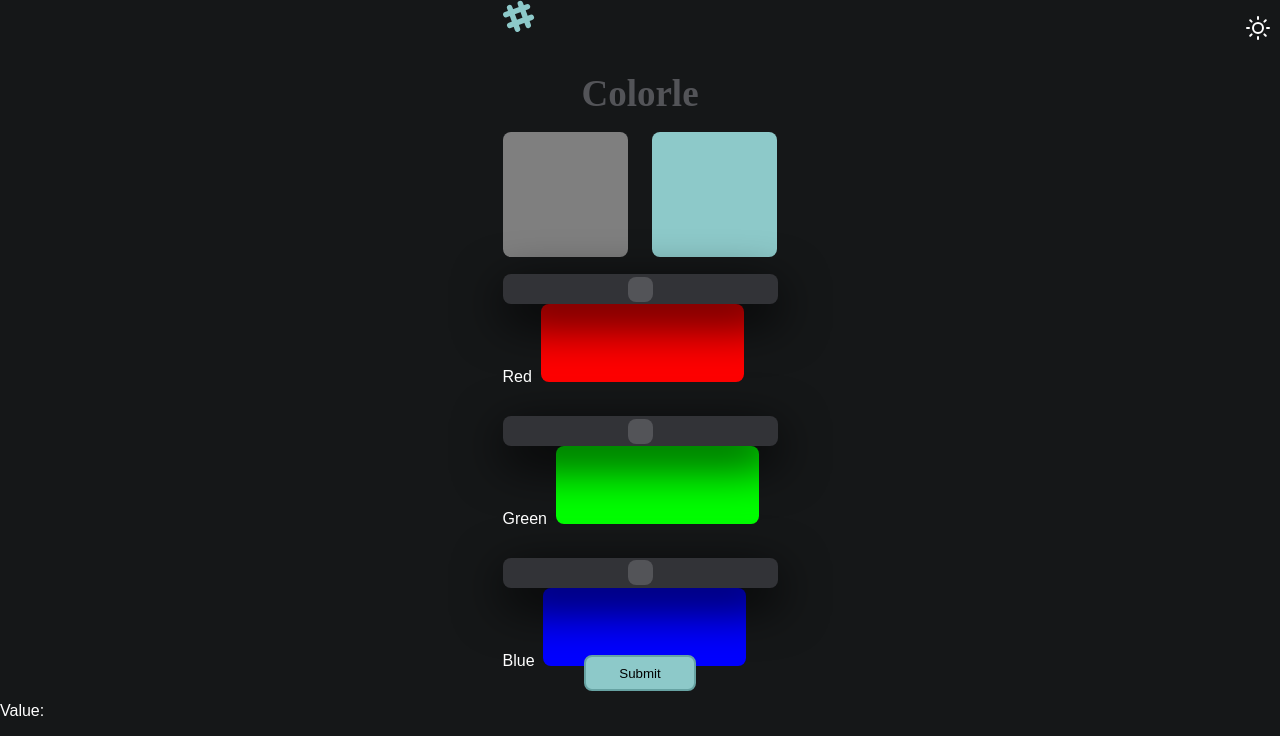
Repository: Artem-Melnik/Colorle
Page: index.html
An editor plug-in stored every save of this project. The page is shown before and after the next save, followed by the edit.
The browser window is 1280 px wide. The pictures show the whole page.

Above is the page before, as saved 2022-05-14 21:41:36.

After the next save:
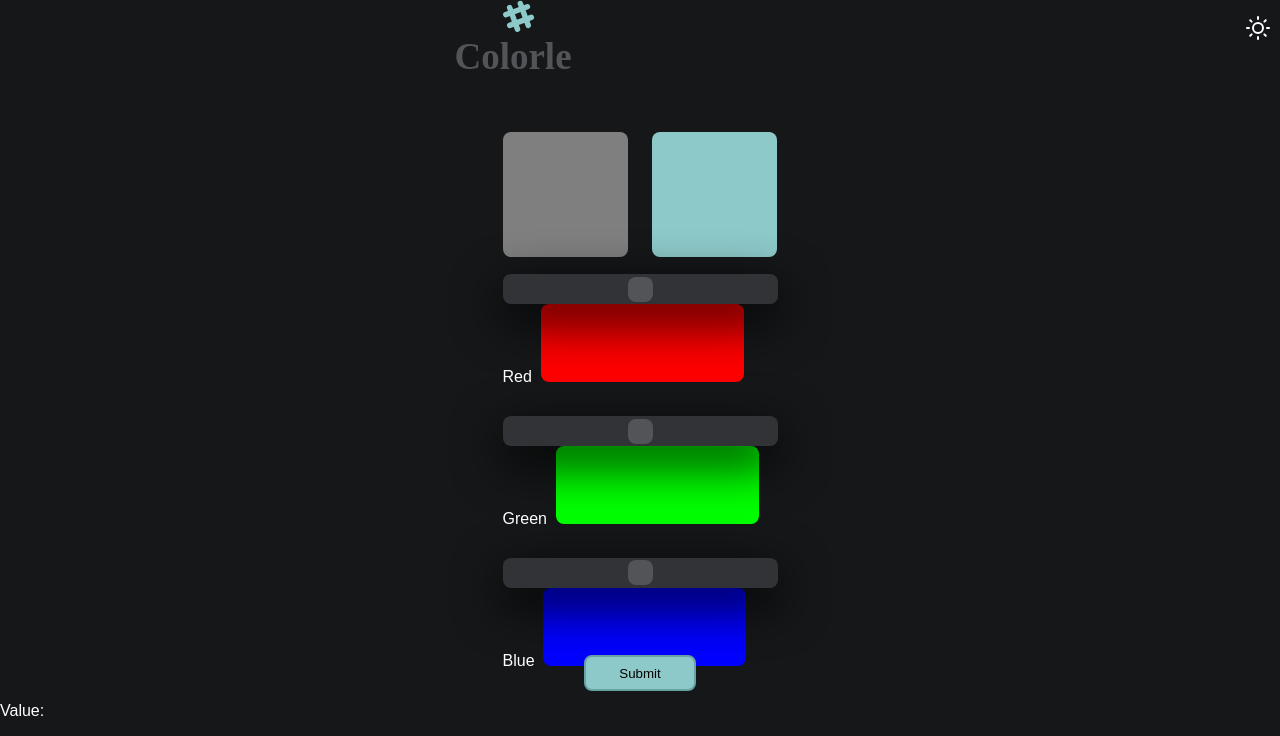
Saved 6 s later.
--- a/styles.css
+++ b/styles.css
@@ -50,8 +50,8 @@
   align-items: center;
   text-align: center;
   color: #535458;
-  margin: 0px
-  width: 21px
+  margin: 0px;
+  width: 21px;
 }
 
 #themeToggle {
